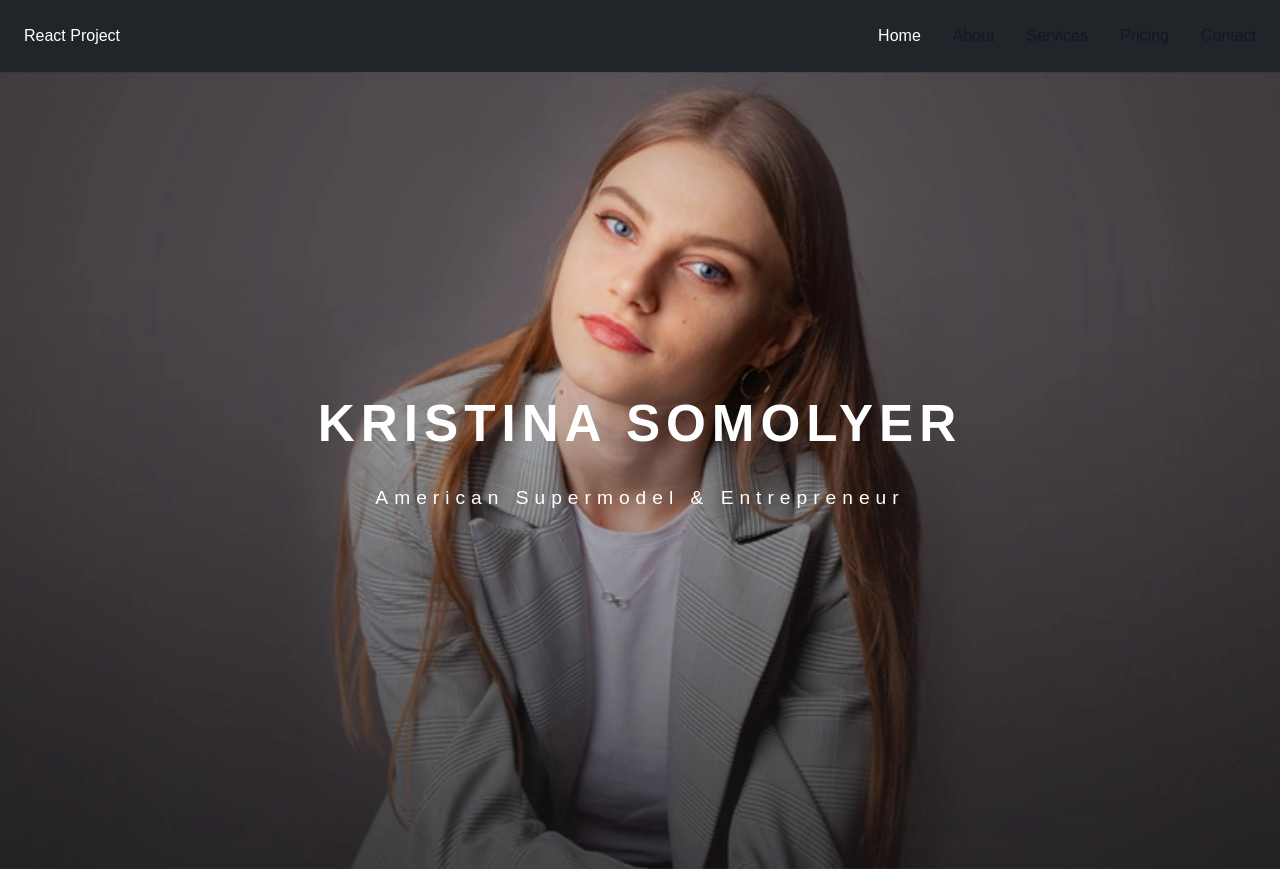
Repository: arminprogramme/inbio
Page: /
The author's editor kept a copy of each file at every save. The page is drawn from the files as they stood at one save, then again after the next save.
The browser window is 1280 px wide. The pictures show the whole page.
Some web libraries are served in a nearby version. The project was rebuilt for these pictures with package versions that can differ from the ones it lists, and the page was loaded fresh each time. Also part of the build but not shown: vite.config.js, src/Component/Body/Services/ServicesItem.jsx, src/Component/Body/Services/Services.css, src/Component/Body/Services/Services.jsx, src/Component/Body/Buttons/Buttons.css, src/Component/Body/Buttons/ButtonSpecial.jsx, src/Component/Body/About/About.jsx, src/Component/Body/PortFolio/Portfolio.css and 3 more.

Above is the page before, as saved 2023-10-20 05:40:46.

After the next save:
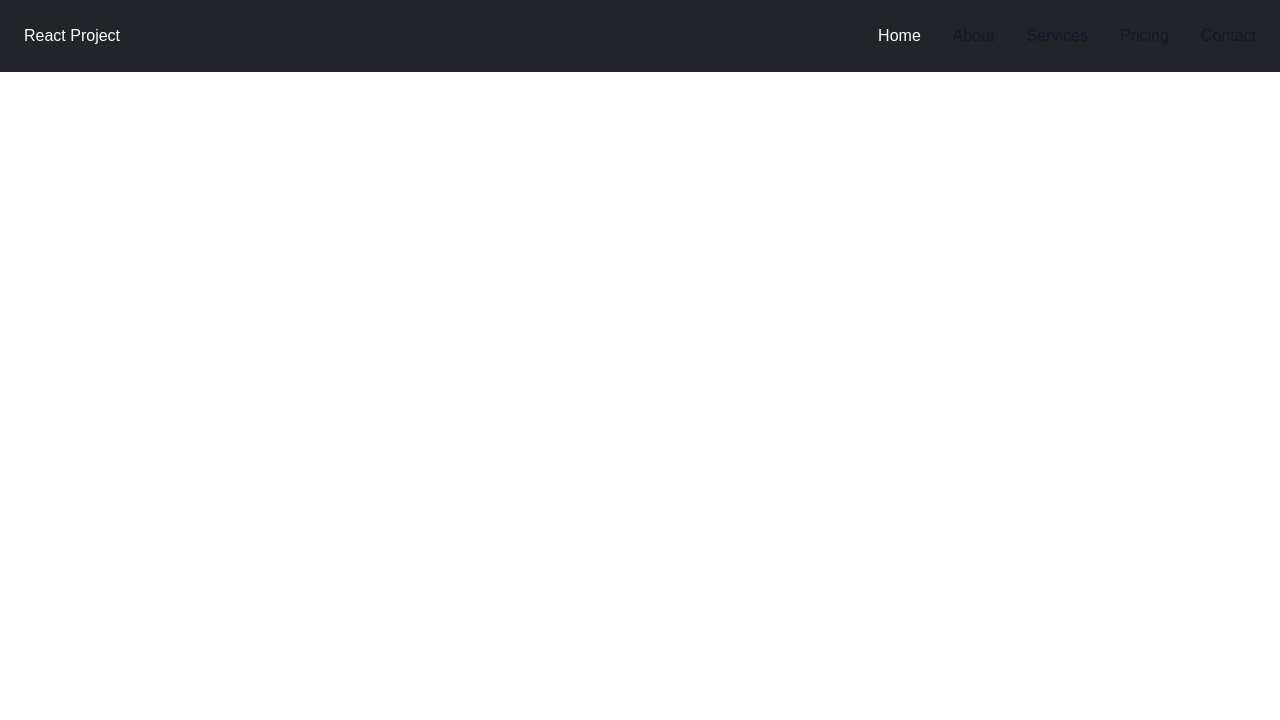
Saved 48 s later.
--- a/src/Component/Header/Header.css
+++ b/src/Component/Header/Header.css
@@ -1,12 +1,5 @@
 .black-bg {
     background-color: #212428;
-}
-
-.banner-header {
-    background-image: url(../../../bg-image-12.webp);
-    background-position: center;
-    background-size: cover;
-    padding: 20.25rem 0;
 }
 
 .banner-header h1 {

After the save that followed:
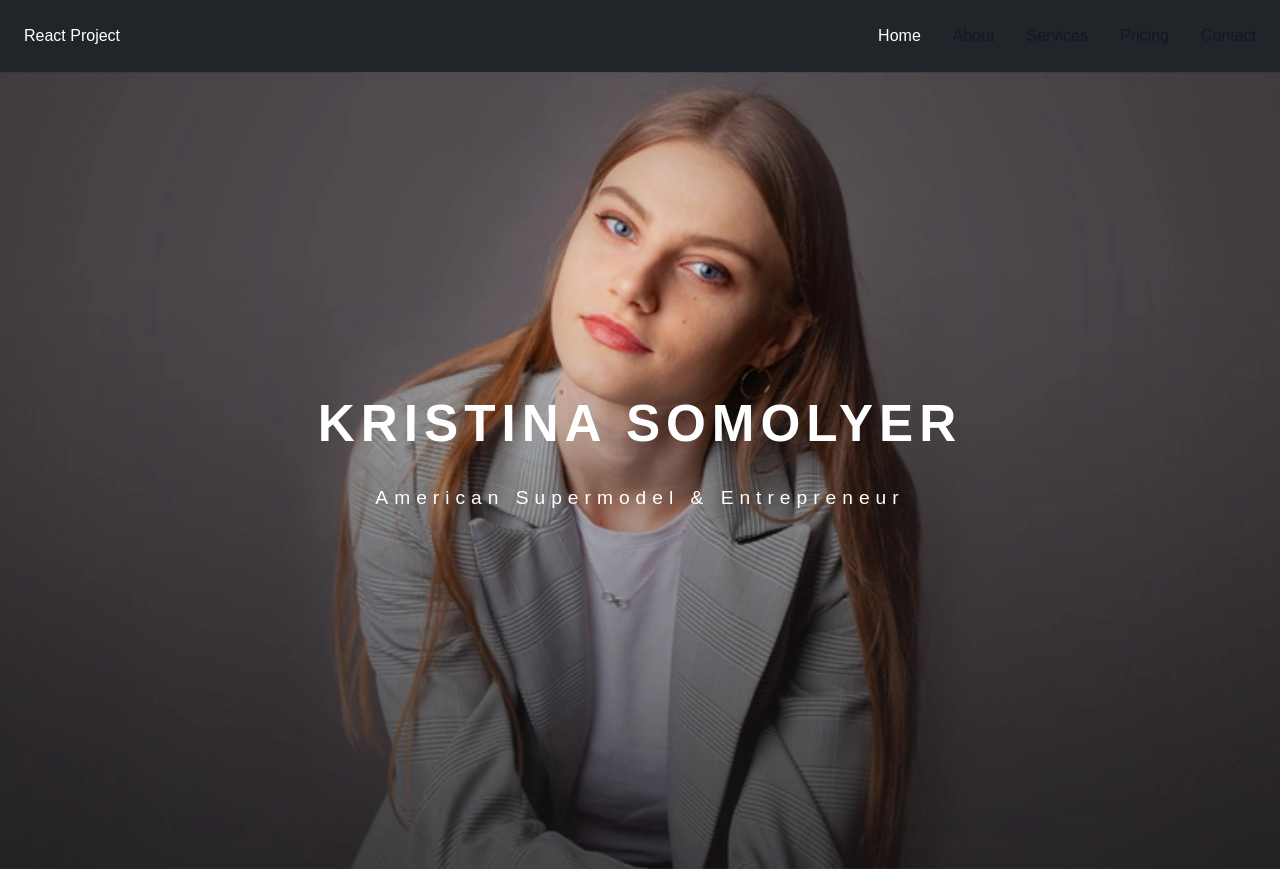
Saved 5 s later.
--- a/src/Component/Header/Header.css
+++ b/src/Component/Header/Header.css
@@ -1,5 +1,12 @@
 .black-bg {
     background-color: #212428;
+}
+
+.banner-header {
+    background-image: url(../../../bg-image-12.webp);
+    background-position: center;
+    background-size: cover;
+    padding: 20.25rem 0;
 }
 
 .banner-header h1 {
